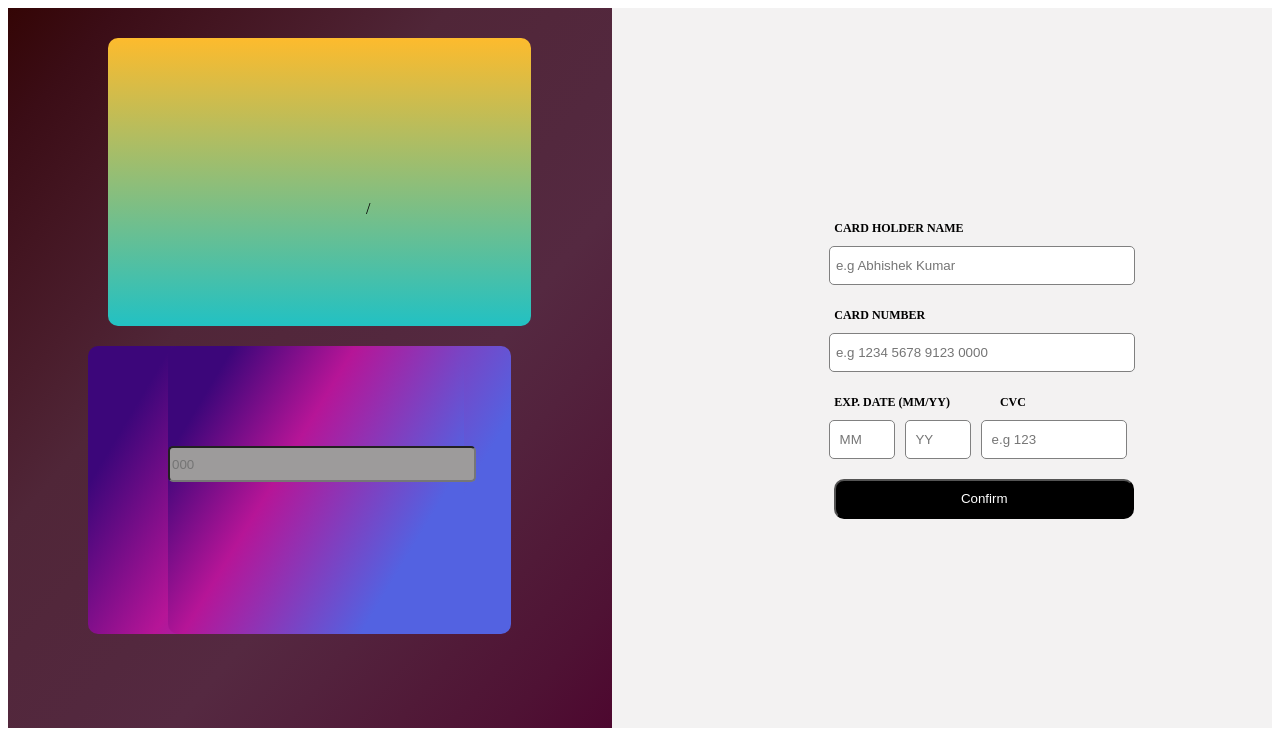
Repository: Abhi2359/frontendchallenge-1
Page: /
An editor plug-in stored every save of this project. The page is shown before and after a run of saves, followed by the edit.
The browser window is 1280 px wide. The pictures show the whole page.
The project was rebuilt for these pictures with package versions that can differ from the ones it lists, and the page was loaded fresh each time. Also part of the build but not shown: src/components/Add/Compelete.css, src/components/Add/Compelete.js.

Above is the page before, as saved 2023-02-15 18:17:19.

### src/App.js

import Compelete from "./components/Add/Compelete";
import Layout from "./components/Layout/Layout";


function App() {
  return (
    <div className="App">


      <Layout/>
    {/*
      <Added/>

    <Card1/>
    */}

    </div>
  );
}

export default App;

### src/components/Layout/Layout.js
import React, { useState } from "react";
import Compelete from "../Add/Compelete";
import Button from "../Button/Button";
import Card1 from "../Cards/Card1";
import Card2 from "../Cards/Card2";
import style from "./layout.css";

function Layout() {
  const [cardHolderName, setCardHolderName] = useState("");
  const [cardNumber, setCardNumber] = useState("");
  const [expMonth, setExpMonth] = useState("");
  const [expYear, setExpYear] = useState("");
  const [cvc, setCvc] = useState("");
  const[isClicked,setIsClicked] =useState('/')

  const handleConfirm =()=>{
    setIsClicked(<Compelete/>)
  }
  const handleInputChange = (e) => {
    setCardNumber(e.target.value);
  };
  const handleCardHolderName = (e) => {
    setCardHolderName(e.target.value);
  };
  const handleExpMonth = (e) => {
    setExpMonth(e.target.value);
  };
  const handleExpYear = (e) => {
    setExpYear(e.target.value);
  };
  const handleCvc = (e) => {
    setCvc(e.target.value);
  };
  return (
    <>
      <div class="layout">
        <div class="partitions">
          <div class="partition1">
            <div class="card1">
              <Card1
                cardNumber={cardNumber}
                cardHolderName={cardHolderName}
                expMonth={expMonth}
                expYear={expYear}
              />
            </div>
            <div class="card2">
              <Card2 cvc={cvc} />
            </div>
          </div>

          <div class="partition2">

            <form action="" className="Form">
              <label for="Username">CARD HOLDER NAME</label> <br />
              <input
                value={cardHolderName}
                onChange={handleCardHolderName}
                className="card_holder"
                type="text"
                id="username"
                name="username"
                placeholder=" e.g Abhishek Kumar"
                required
              />
              <br />
              <label for="number">CARD NUMBER</label> <br />
              <input
                value={cardNumber}
                onChange={handleInputChange}
                className="card_number"
                pattern="[0-9]{4}-[0-9]{4}-[0-9]{4}"
                type="text"
                id="number"
                name="number"
                placeholder=" e.g 1234 5678 9123 0000"
                required
              />{" "}
              <br />
              <div className="exp_date">
                <label for="number">EXP. DATE (MM/YY)</label>
                <label for="number" className="cvc">
                  CVC
                </label>
                <div className="exp_date_input">
                  <input
                    value={expMonth}
                    onChange={handleExpMonth}
                    type="text"
                    id="number"
                    name="number"
                    placeholder="  MM"
                    required
                    className="number"
                  />
                  <input
                    value={expYear}
                    onChange={handleExpYear}
                    type="text"
                    id="number"
                    name="number"
                    placeholder="  YY"
                    required
                    className="number"
                  />
                  <input
                    value={cvc}
                    onChange={handleCvc}
                    type="text"
                    id="cvc"
                    name="number"
                    placeholder="  e.g 123"
                    required
                    className="number"
                  />
                </div>
                 <Button onClick ={handleConfirm}/>
              </div>
            </form>

          </div>
        </div>
      </div>
    </>
  );
}

export default Layout;

### src/components/Button/Button.js
import React ,{useState} from 'react'
import Compelete from '../Add/Compelete'
import Layout from '../Layout/Layout'
import './Button.css'
function Button({onClick}) {

  return (
  <div class="button">
    <button onClick={onClick}>Confirm</button>
  </div>
  )
}

export default Button

### src/components/Cards/Card1.js
import React from "react";
import style from "./Card1.css";

function Card1({ cardNumber, cardHolderName, expMonth, expYear }) {
  return (
    <>
      <div className="card1">
        <div class="cardinput">
          <div class="_card__number">
            <input type="text" value={cardNumber} readOnly id="input" />
          </div>
          <div class="_card__details">
            <input type="text" value={cardHolderName} readOnly id="input" />
            <div class="expiry">
              <input type="text" value={expMonth} readOnly id="input" />
              <div class="slash">/</div>
              <input type="text" value={expYear} readOnly id="input"/>
            </div>
          </div>
        </div>
      </div>
    </>
  );
}

export default Card1;

### src/components/Cards/Card2.js
import React from "react";
import style from "./Card2.css";

function Card2({cvc}) {
  return (
    <>
      <div className="card2">
        <div class="_card__number2">

          <input type="text" value={cvc} readOnly className="card2_input" placeholder="000" />
        </div>
      </div>
    </>
  );
}

export default Card2;

### src/components/Layout/layout.css
.layout{

    margin: 0;
    padding: 0;
    height: 100vh;
}
.partitions
{
    height: 100%;
display: flex;
flex-wrap: wrap;
flex-direction: row;
justify-content: space-between;
}

.partition1{
    background-image: linear-gradient(to right bottom, #340505, #3b0d16, #431521, #4a1d2c, #502638, #52273b, #53283e, #552941, #53223d, #511a38, #4f1234, #4d072f);

height: 100vh;
flex-grow: 3;
color: white;
width: 40%;

}

.partition2{
background-color: rgb(243, 242, 242);
 height: 100vh;
flex-grow: 8;
display: flex;
align-items: center;
justify-content: center;
}

.Form{
    margin-left: 80px;

}

.Form input{
    margin: 5px;
    height: 35px;
    margin-top: 10px;
    margin-bottom: 20px;

}

.card_holder{
    width: 300px;
    border: 1px solid gray;
    border-radius: 5px;
}
.card_number{
    width: 300px;
    border: 1px solid gray;
    border-radius: 5px;
}
label{
    font-size: 12px;
    font-weight: bold;
    padding-left: 10px;
}



.cvc{
    margin-left: 40px;
}

.number{
    width: 60px;
    border: 1px solid gray;
    border-radius: 5px;
}
#cvc{
    width: 140px;
    border: 1px solid gray;
    border-radius: 5px;
}


.partitiion1 ,h1{
margin-left: 100px;
}

.card1{
    margin-top: 20px;
    margin-left: 100px;
}

.card2{
    margin-top: 20px;
    margin-left: 80px;
}

### src/components/Button/Button.css
.button{
    width: 300px;
    margin-left: 10px;

    color: white;
    height: 40px;
    border-radius: 5px;
 }

 .button button{
    height: 40px;
    width: 300px;
    background-color: black;
    color: white;
    border-radius: 10px;
 }

### src/components/Cards/Card1.css
.card1 {
  background: rgb(34, 193, 195);
  background: linear-gradient(
    0deg,
    rgba(34, 193, 195, 1) 0%,
    rgba(253, 187, 45, 1) 100%
  );
  height: 40vh;
  width: 70%;
  border-radius: 10px;
  margin-left: 10px;

  margin-top: 20px;
}

.card1 input {
  margin: 10px;
}

._card__details {
  display: flex;
  border: none;
  background-color: transparent;
  color: transparent;
  text-shadow: 0 0 0 #000;
}

._card__details input {
  width: 80px;
}

.cardinput {
  margin-top: 30px;
}

.expiry {
  display: flex;
  justify-content: space-between;
}
.expiry input {
  width: 30px;
}

#input {
  border: none;
  background-color: transparent;
  color: transparent;
  text-shadow: 0 0 0 #000;
  border-radius: 5px;
  height: 30px;
}

.slash {
  display: inline-block;
  padding-top: 20px;
}
._card__number input {
  margin-top: 100px;
  font-size: larger;
  max-width: 300px;
}

### src/components/Cards/Card2.css
.card2{
    background: rgb(60,6,122);
    background: linear-gradient(121deg, rgba(60,6,122,1) 14%, rgba(182,21,151,1) 40%, rgba(83,98,225,1) 78%);
    height: 40vh;
    width: 70%;
    border-radius: 10px;


    margin-top: 20px;


}


._card__number2 input{
    margin-top: 100px;
    height: 30px;
width: 300px;
}

 .card2_input{
    height: 30px;
    width: 100px;
    border-radius: 5px;
    background-color: rgb(157, 155, 155);
    color: white;
}

.bg_black{
    background-color: black;
    color: black;
    height: 30px;
    margin-top: 30px;

}

Loaded but not shown: public/index.html (common file); src/index.js (common file)

After the next 4 saves:
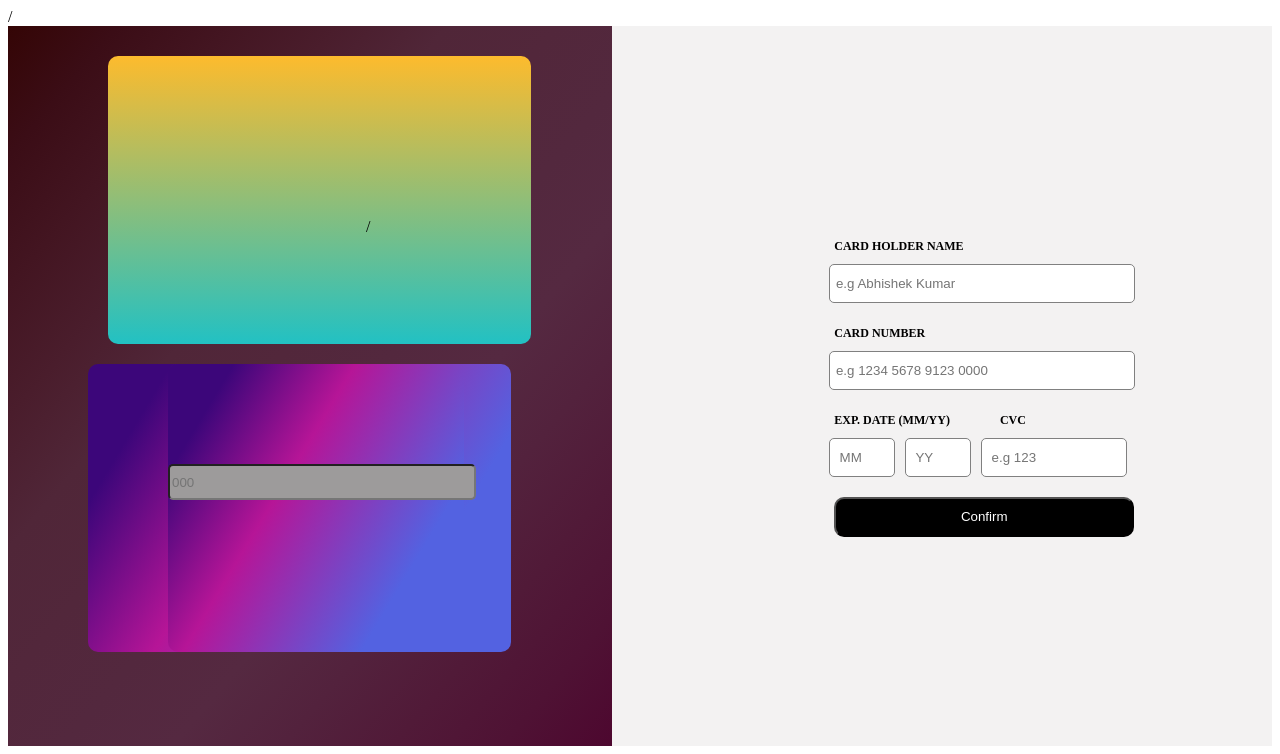
The 4 saves are shown as one change because they came seconds apart.
The last was saved 42 s later.
--- a/src/components/Layout/Layout.js
+++ b/src/components/Layout/Layout.js
@@ -33,6 +33,7 @@ function Layout() {
   };
   return (
     <>
+    {isClicked}
       <div class="layout">
         <div class="partitions">
           <div class="partition1">
